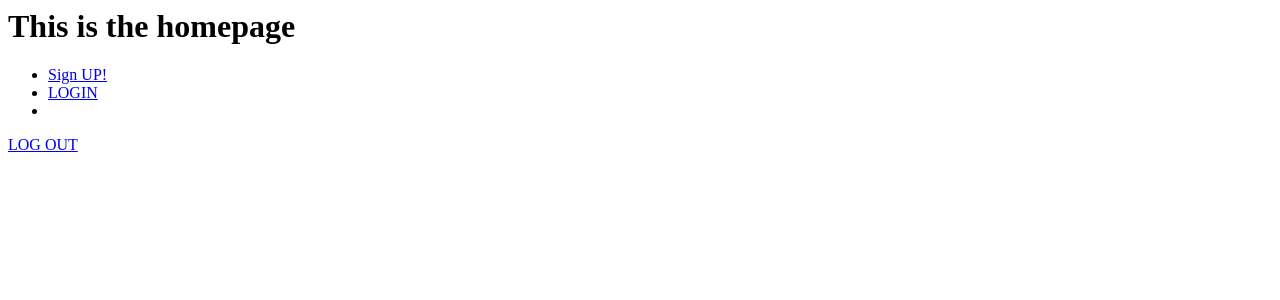
Repository: bosicheng/yelpcamp-project
Page: http://localhost/
The author's editor kept a record of every edit. The page is drawn from the files as they stood at one moment, then again after the next edit.
The browser window is 1280 px wide. The pictures show the whole page.
The page is served by the project's Node server (Authentication/AuthDemo/app.js). Other server files are loaded and not shown.

Above is the page before.

### Authentication/AuthDemo/views/home.ejs
<h1>This is the homepage</h1>

<ul>
    <li><a href='/register'>Sign UP!</a></li>
    <li><a href='/login'>LOGIN</a></li>
    <li></li>
</ul>


<a href='/logout'>LOG OUT</a>

### Authentication/AuthDemo/app.js
var express=require("express");
var app=express();
var mongoose=require('mongoose');
var passport=require("passport");
var bodyParser=require('body-parser');
var localStrategy=require('passport-local');
var passportLocalMongoose=require("passport-local-mongoose");
var User=require("./models/user");
var expressSession=require("express-session");

mongoose.connect("mongodb://localhost/auth_demo_app",{ useNewUrlParser: true });

app.use(expressSession({
    // 这里的secret是用来编码和解码进程的
    // 因为在进程中我们不会把数据存储为普通的英语
    secret:"aaa",
    resave:false,
    saveUninitialized:false
}))

app.use(passport.initialize());
app.use(passport.session());

// 这两行代码是负责从进程中读取数据并进行编码和解码
passport.serializeUser(User.serializeUser());
passport.deserializeUser(User.deserializeUser());
passport.use(new localStrategy(User.authenticate()));

app.set('view engine','ejs')

// 只要用form表单传数据都需要用到这行代码
app.use(bodyParser.urlencoded({extended:true}));

//ROUTES

app.get('/',function(req,res){
    res.render('home')
})

// 使用middleware操作阻止直接进入secret页，需要判断是否loggedin
app.get('/secret',isLoggedIn,function(req,res){
    res.render('secret')
})

//Authentication ROUTES
//show sign up form
app.get('/register',function(req,res){
    res.render('register')
})

app.post('/register',function(req,res){
    // 这里的逻辑是：form表单提交了req.body.username
    // 然后    .register方法新建user对象把username和传过来的username hash成对，再单独传password
    // 建立账户密码以后可以去数据库中查看，可以发现密码被编码成很长的一串
    User.register(new User({username:req.body.username}),req.body.password,function(err,user){
        if(err){
            console.log(err)
            return res.render('register')
        }
        passport.authenticate("local")(req, res, function(){
           res.redirect("/secret");
        });
    })
})

//LOGIN ROUTE
app.get('/login',function(req,res){
    res.render('login')
})

//login logic
// 但是这里不能直接post，是需要检测账号密码是否正确
//middleware: run before the final route callback,在route的开始和结束中间
app.post('/login',passport.authenticate('local',{
    successRedirect:'/secret',
    failureRedirect:'/login'
}),function(req,res){

})


app.get('/logout',function(req,res){
    // 下面指令的意义是passport会清除user所有在进程中的数据
    req.logout();
    res.redirect('/login')
})

// 这里的next指的就是最后一个route，也就是final callback
function isLoggedIn(req,res,next){
    if(req.isAuthenticated()){
        // 继续下一步
        return next();
    }
    res.redirect('/login')
}



app.listen(process.env.PORT,process.env.IP,function(){
    console.log('Server Started!')
})

After the next edit:
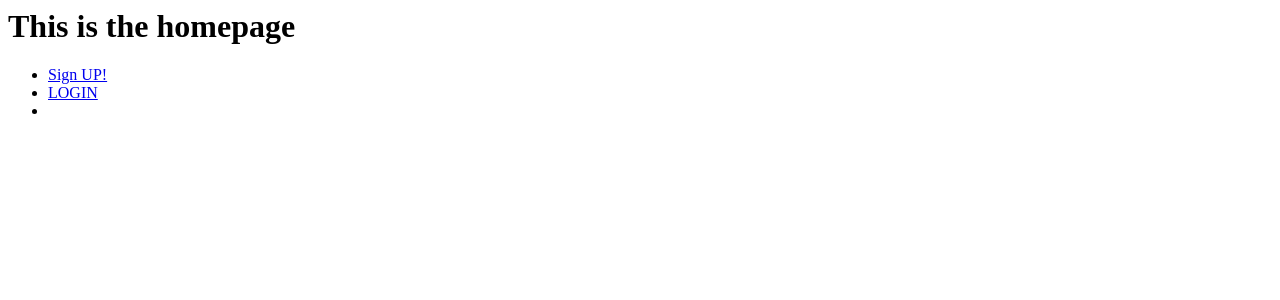
The edit:
--- a/Authentication/AuthDemo/views/home.ejs
+++ b/Authentication/AuthDemo/views/home.ejs
@@ -5,6 +5,3 @@
     <li><a href='/login'>LOGIN</a></li>
     <li></li>
 </ul>
-
-
-<a href='/logout'>LOG OUT</a>
